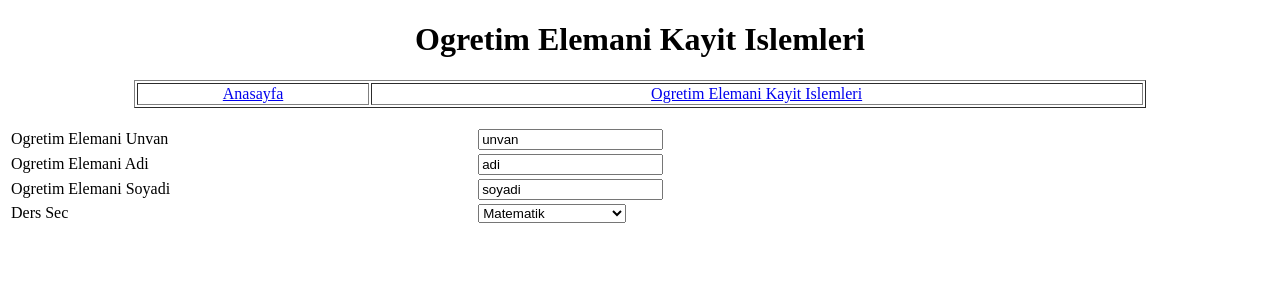
Repository: Egemen-ve-Burakhan-internet-final/final
Page: http://localhost/ogretim/ogretmen_kayit.jsp
An editor plug-in stored every save of this project. The page is shown before and after the next save, followed by the edit.
The browser window is 1280 px wide. The pictures show the whole page.
The page is served by Tomcat 9.

Above is the page before, as saved 2020-05-25 14:28:22.

After the next save:
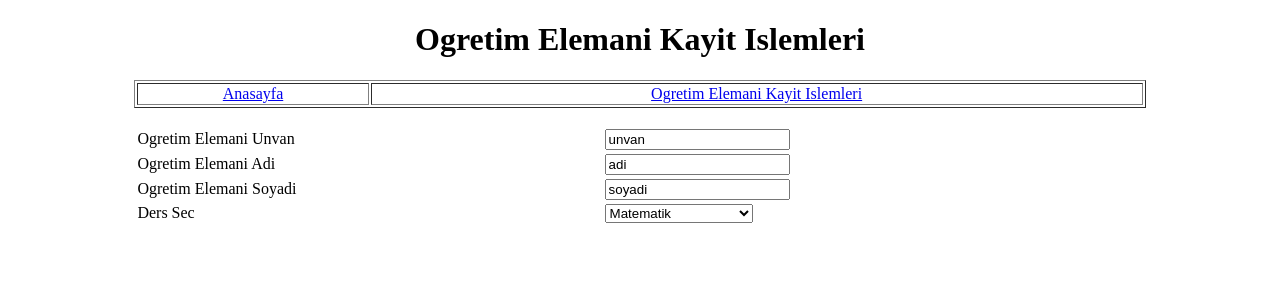
Saved 5 s later.
--- a/okul/ogretim/WebContent/ogretmen_kayit.jsp
+++ b/okul/ogretim/WebContent/ogretmen_kayit.jsp
@@ -22,7 +22,7 @@
 
 		<div>
 			<form>
-				<table width="80%">
+				<table width="80%" align= center>
 					<tr>
 						<td><label>Ogretim Elemani Unvan</label></td>
 						<td><input type="text" name="unvan" value="unvan"></td>
